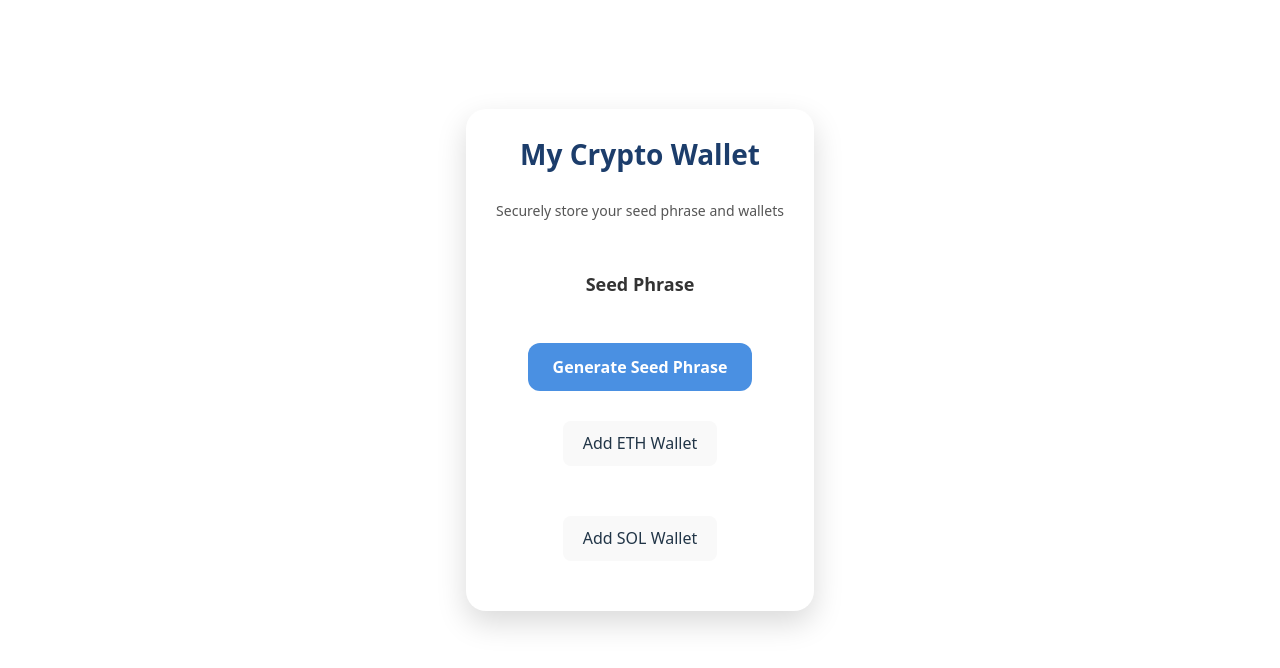
Repository: nishantsingh02/web-based-wallet-web-3
Page: /
The author's editor kept a copy of each file at every save. The page is drawn from the files as they stood at one save, then again after a run of saves.
The browser window is 1280 px wide. The pictures show the whole page.
The project was rebuilt for these pictures with package versions that can differ from the ones it lists, and the page was loaded fresh each time. Also part of the build but not shown: vite.config.ts.

Above is the page before, as saved 2025-10-07 01:52:54.

After the next 10 saves:
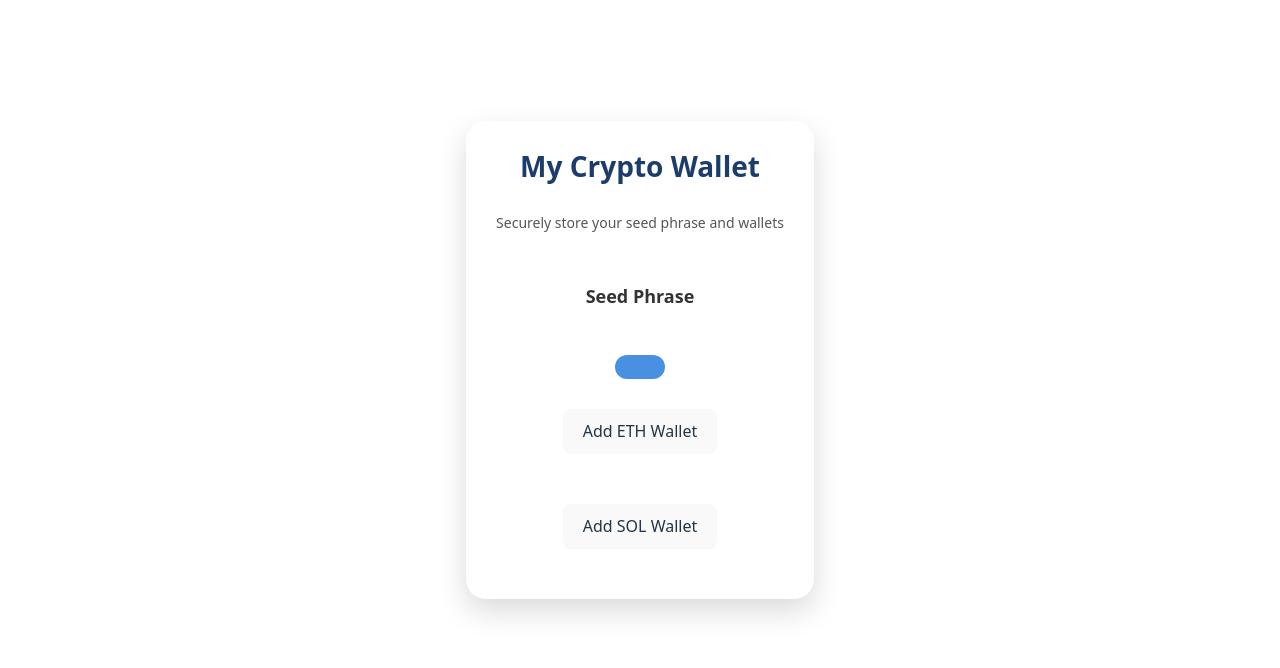
The 10 saves are shown as one change because 2 did not build or start and some came seconds apart.
The last was saved 42 s later.
--- a/src/App.tsx
+++ b/src/App.tsx
@@ -47,7 +47,7 @@ function App() {
             onClick={handleGenrate}
             disabled={!!mnemonic}
           >
-            Generate Seed Phrase
+            {mnemonic? "Seed Phrase Generated" : ""}
           </button>
         </div>
 
